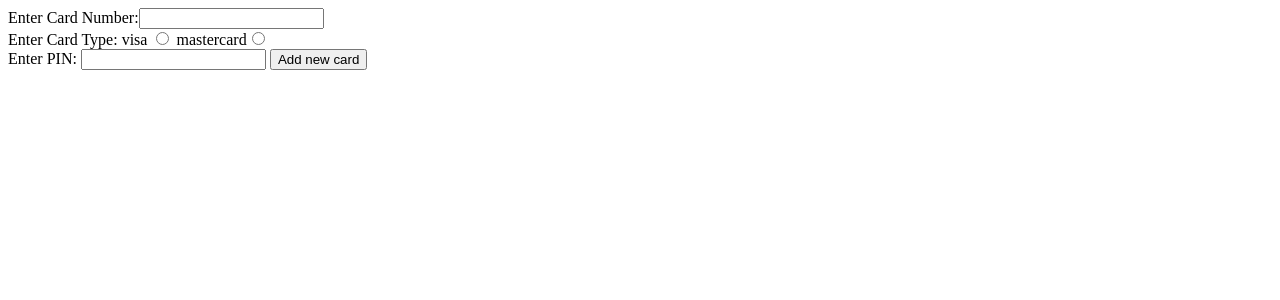
Repository: kiiigaaa/User_Profile
Page: http://localhost/GroceryOrdering/insertPay.jsp
These files come from the project's save history. The page is drawn as it stood at one moment and after the next save; the edit follows.
The browser window is 1280 px wide. The pictures show the whole page.
The page is served by Tomcat 9.

Above is the page before, as saved 2022-11-10 10:52:16.

After the next save:
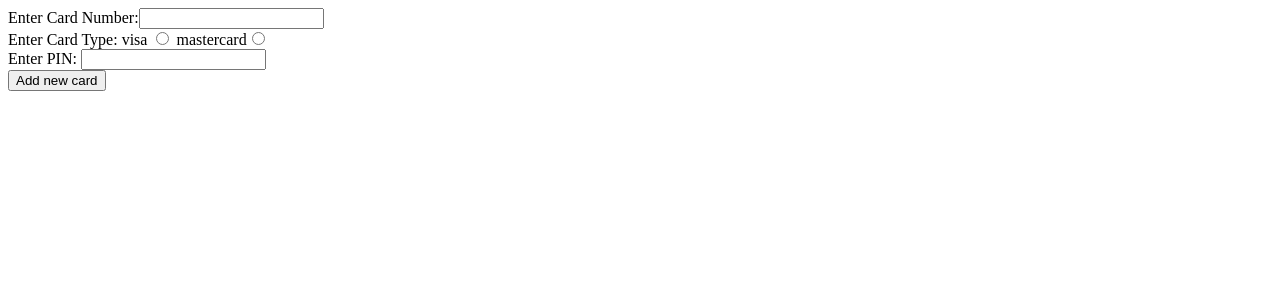
Saved 24 s later.
--- a/GroceryOrdering/src/main/webapp/insertPay.jsp
+++ b/GroceryOrdering/src/main/webapp/insertPay.jsp
@@ -13,7 +13,7 @@
 		Enter Card Number:<input type="text" name="cardNo"> <br>
 		Enter Card Type: <lable>visa </lable><input type="radio" id="visa" name="ctype" value="visa" >
 						 <label>mastercard</label><input type="radio" id="mastercard" name="ctype" value="mastercard"><br>
-		Enter PIN: <input type="text" name="pin">
+		Enter PIN: <input type="text" name="pin"><br>
 
 		<input type="submit" name="submit" value="Add new card">
 
